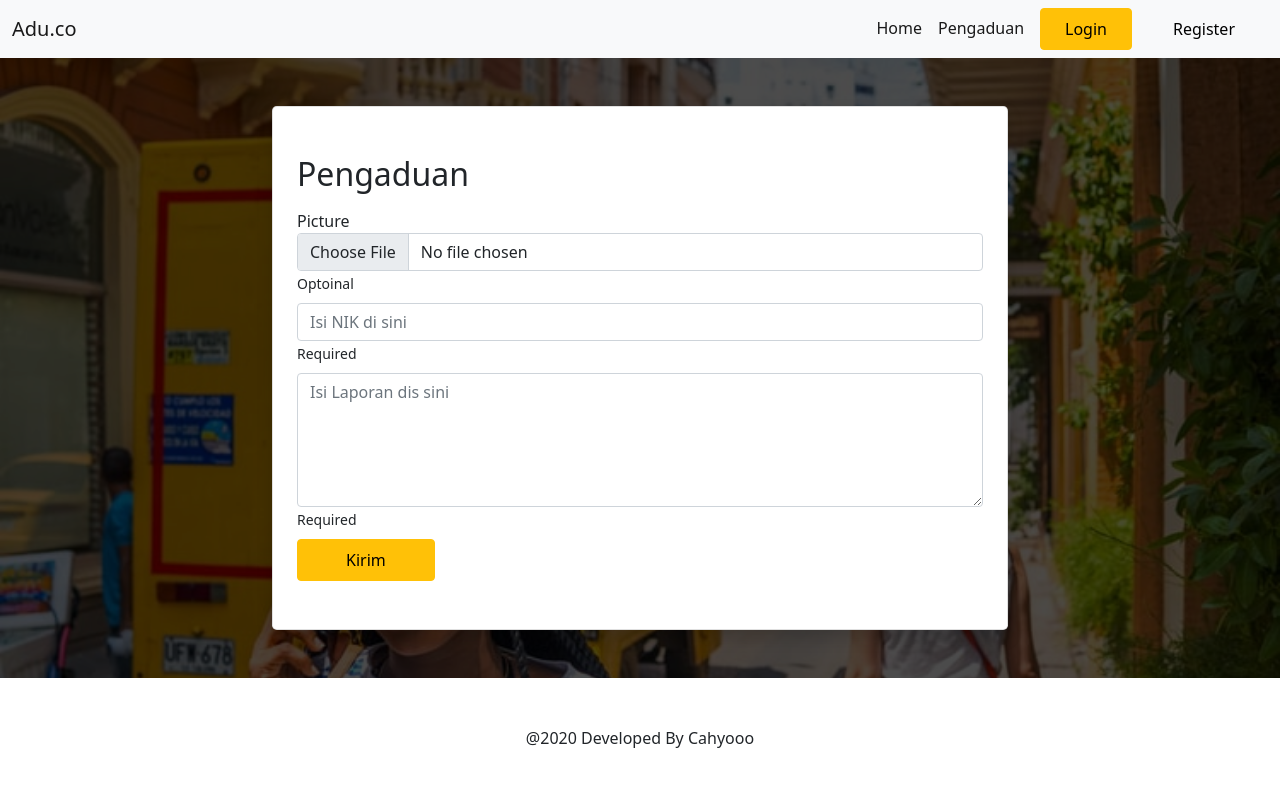
Repository: khulqu15/pengaduan2
Page: http://localhost/form/pengaduan
These files come from the project's save history. The page is drawn as it stood at one moment and after the next save; the edit follows.
The browser window is 1280 px wide. The pictures show the whole page.
Backgrounds fixed to the window are drawn as part of the page. The page is served by the project's Laravel application, run on PHP 8.4 with Laravel 8. Other server files are loaded and not shown.

Above is the page before, as saved 2021-02-23 21:28:41.

### routes/web.php
<?php

use App\Http\Controllers\PageController;
use App\Http\Controllers\UserController;
use Illuminate\Support\Facades\Route;

/*
|--------------------------------------------------------------------------
| Web Routes
|--------------------------------------------------------------------------
|
| Here is where you can register web routes for your application. These
| routes are loaded by the RouteServiceProvider within a group which
| contains the "web" middleware group. Now create something great!
|
*/

Route::get('/', [PageController::class, 'home'])->name('home');

Route::get('form/pengaduan', [PageController::class, 'pengaduanGet'])->name('form.pengaduan');
Route::post('form/pengaduan', [PageController::class, 'pengaduanGet'])->name('pengaduan.post');

Route::get('login', [UserController::class, 'loginGet'])->name('loginView');
Route::post('login', [UserController::class, 'loginPost'])->name('loginLogic');
Route::get('register', [UserController::class, 'registerGet'])->name('registerView');
Route::post('register', [UserController::class, 'registerPost'])->name('registerLogic');

### app/Http/Controllers/PageController.php
<?php

namespace App\Http\Controllers;

use Illuminate\Http\Request;

class PageController extends Controller
{
    public function home()
    {
        return view('welcome');
    }

    public function pengaduanGet()
    {
        return view('pengaduan');
    }
}

### resources/views/pengaduan.blade.php
@extends('layout.app')

@section('title', 'Pengaduan')

@section('content')
    <div class="container-fluid image-footer-home py-5">
        <div class="overlay"></div>
        <div class="container position-relative">
            <div class="row">
                <div class="col-md-8 offset-md-2">
                    <div class="card bg-white rounded-3 shadow py-5 px-4">
                        <h2>Pengaduan</h2>
                        <form action="{{ route('pengaduan.post') }}" method="POST" enctype="multipart/form-data">
                            @csrf
                            <div class="form-group my-2">
                                <label for="picture">Picture</label>
                                <input type="file" class="form-control" id="picture" aria-describedby="picture-feedback" name="picture" id="picture">
                                <small id="picture-feedback">Optoinal</small>
                            </div>
                            <div class="form-group my-2">
                                <input type="text" class="form-control" aria-describedby="nik-feedback" name="nik" id="nik" placeholder="Isi NIK di sini">
                                <small id="nik-feedback">Required</small>
                            </div>
                            <div class="form-group my-2">
                                <textarea type="text" rows="5" required aria-describedby="text-feedback" name="text" class="form-control" placeholder="Isi Laporan dis sini"></textarea>
                                <small id="text-feedback">Required</small>
                            </div>
                            <button class="btn btn-warning px-5 py-2">Kirim</button>
                        </form>
                    </div>
                </div>
            </div>
        </div>
    </div>
@endsection

### resources/views/layout/app.blade.php
<!DOCTYPE html>
<html lang="en">
<head>
    <meta charset="UTF-8">
    <meta name="viewport" content="width=device-width, initial-scale=1.0">
    <meta http-equiv="X-UA-Compatible" content="ie=edge">
    <title>Pengaduan | @yield('title')</title>

    <link rel="stylesheet" href="{{ asset('css/bootstrap.min.css') }}">
    <link rel="stylesheet" href="{{ asset('css/all.min.css') }}">
    <link rel="stylesheet" href="{{ asset('css/fontawesome.min.css') }}">
    <link rel="stylesheet" href="{{ asset('css/style.css') }}">
    <link rel="stylesheet" href="{{ asset('css/slick.css') }}">
    <link rel="stylesheet" href="{{ asset('css/slick-theme.css') }}">

    <script src="{{ asset('js/jquery-3.5.1.min.js') }}"></script>
    <script src="{{ asset('js/bootstrap.min.js') }}"></script>
    <script src="{{ asset('js/all.min.js') }}"></script>
    <script src="{{ asset('js/fontawesome.min.js') }}"></script>
    <script src="{{ asset('js/slick.min.js') }}"></script>

    @yield('assets')

</head>
<body>
    <nav class="navbar navbar-expand-lg navbar-light bg-light">
        <div class="container-fluid">
          <a class="navbar-brand" href="#">Adu.co</a>
          <button class="navbar-toggler" type="button" data-bs-toggle="collapse" data-bs-target="#navbarSupportedContent" aria-controls="navbarSupportedContent" aria-expanded="false" aria-label="Toggle navigation">
            <span class="navbar-toggler-icon"></span>
          </button>
          <div class="collapse navbar-collapse" id="navbarSupportedContent">
            <ul class="navbar-nav ms-auto mb-2 mb-lg-0">
              <li class="nav-item">
                <a class="nav-link active" aria-current="page" href="{{ route('home') }}">Home</a>
              </li>
              <li class="nav-item">
                <a class="nav-link active" aria-current="page" href="{{ route('form.pengaduan') }}">Pengaduan</a>
              </li>
              <li class="nav-item">
                <a class="btn btn-warning mx-2 px-4 py-2" href="{{ route('loginView') }}">Login</a>
              </li>
              <li class="nav-item">
                <a class="btn btn-light mx-2 px-4 py-2" href="{{ route('registerView') }}">Register</a>
              </li>
            </ul>
          </div>
        </div>
      </nav>

    @yield('content')

    <footer class="container-fluid py-5">
        <div class="row">
            <div class="col-md-12 text-center">
                @2020 Developed By Cahyooo
            </div>
        </div>
    </footer>
</body>
</html>

### public/css/style.css
body {
    overflow-x: hidden !important;
}
.viga {
    font-family: 'Viga', sans-serif;
}
.bgm-primary {
    background-color: #E62A2A !important;
}
.btnm-primary {
    border: none;
    border-radius: 0px !important;
    transition: all .3s ease-in-out;
    background-color: #E62A2A !important;
    padding: 1rem 2rem;
    color: white;
}
.text-right {
    text-align: right !important;
}
.cursor-point {
    cursor: pointer;
}
.btnm-primary:hover {
    color: white !important;
    background-color: #c01c1c !important;
}
.btnm-light {
    border: none;
    border-radius: 0px !important;
    transition: all .3s ease-in-out;
    background-color: #f2f2f2 !important;
    padding: 1rem 2rem;
    color: #292929;
}
.btnm-light:hover {
    color: #292929 !important;
    background-color: #c2c2c2 !important;
}
.textm-primary {
    color: #E62A2A !important;
}
.textm-gray {
    color: gray !important;
}

.input-search-home {
    width: 80%;
    position: absolute;
    left: 10%;
    height: 60px;
    box-shadow: 0px 20px 40px -6px rgba(0, 0, 0, 0.12);
    top: -50px;
    background-color: white;
}
.input-search-home input {
    height: 60px;
}
.input-search-home button,
.input-search-home a {
    position: relative;
    top: -10px;
}


.card-product {
    width: 100%;
    transition: all .3s ease-in-out;
    height: 370px;
    background-color: white;
}
.card-product:hover {
    box-shadow: 12px 24px 48px rgba(0, 0, 0, 0.09);
}
.card-product .image {
    width: 100%;
    height: 170px;
    background-color: #f36c6c;
    overflow: hidden;
}
.card-product .image img {
    transition: all .3s ease-in-out;
}
.card-product .image:hover img {
    transform: scale(1.1);
    opacity: .6;
}
.image-fit-card {
    width: 100%;
    height: 100%;
    object-fit: cover !important;
}
.card-product .line-category {
    display: inline-block;
    width: 20px;
    height: 3px;
    background-color: gray;
}

.bg-hammer-bottom {
    background: url('../img/wallpaper/hammer.png');
    background-attachment: fixed;
    background-position: center;
    background-size: cover;
}

.input-email-footer {
    position: relative;
    width: 100%;
    height: 70px;
    box-shadow: 0px 19px 38px rgba(0, 0, 0, 0.12);
    background-color: white;
}
.input-email-footer input {
    height: 70px;
    width: 100%;
}
.input-email-footer button {
    position: relative;
    top: -8px
}

.menu-footer {
    color: rgba(255, 255, 255, .5);
}
.menu-footer:hover {
    color: rgba(255, 255, 255, 1);
    cursor: pointer;
    transition: all .4s ease-in-out;
}
.menu-footer .icon {
    position: absolute;
    right: -50px;
    opacity: 0;
    transition: all .2s ease-in-out;
    visibility: hidden;
}
.menu-footer:hover .icon {
    position: relative;
    opacity: 1;
    right: 0;
    visibility: visible;
}
.menu-footer .menu-title {
    transition: all .2s ease-in-out;
    position: relative;
    font-size: 3rem;
    right: -10px;
}
.menu-footer:hover .menu-title {
    position: relative;
    right: 0px;
}

.icons-footer svg {
    transition: all .2s ease-in-out;
    color: #c2c2c2;
    margin: 0px .8rem;
    font-size: 1.4rem;
}

.icons-footer svg:hover {
    cursor: pointer;
    color: #767676;
}

.navbar {
    transition: all .3s ease-in-out;
    z-index: 100;
}
.burger {
    margin: 10px 0px 0px 0px;
}
.burger div {
    width: 40px;
    height: 5px;
    margin: 7px 0px;
    background-color: #767676;
}
.image-footer-home {
    background-image: url('../img/wallpaper/1.jpg');
    background-size: cover;
    background-attachment: fixed;
    position: relative;
}
.image-footer-home .overlay {
    background-color: rgba(0, 0, 0, 0.7);
    position: absolute;
    left: 0;
    top: 0;
    width: 100%;
    height: 100%;
}

Loaded but not shown: app/Http/Controllers/Controller.php (common file); public/css/bootstrap.min.css (library); public/css/all.min.css (library); public/css/fontawesome.min.css (library); public/css/slick.css (common file); public/css/slick-theme.css (library); public/js/jquery-3.5.1.min.js (library); public/js/bootstrap.min.js (library); public/js/fontawesome.min.js (library); public/js/slick.min.js (library)

After the next save:
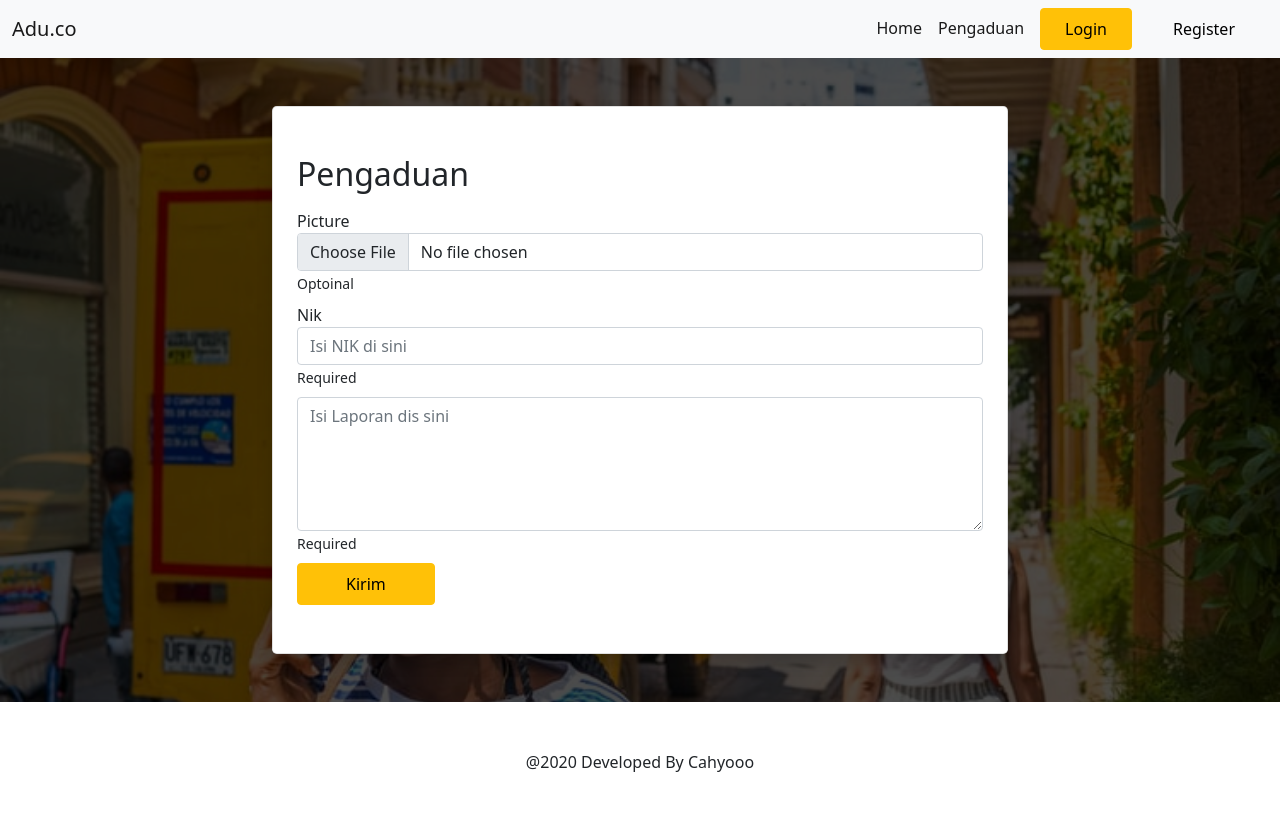
Saved 19 s later.
--- a/resources/views/pengaduan.blade.php
+++ b/resources/views/pengaduan.blade.php
@@ -18,6 +18,7 @@
                                 <small id="picture-feedback">Optoinal</small>
                             </div>
                             <div class="form-group my-2">
+                                <label for="nik">Nik</label>
                                 <input type="text" class="form-control" aria-describedby="nik-feedback" name="nik" id="nik" placeholder="Isi NIK di sini">
                                 <small id="nik-feedback">Required</small>
                             </div>
